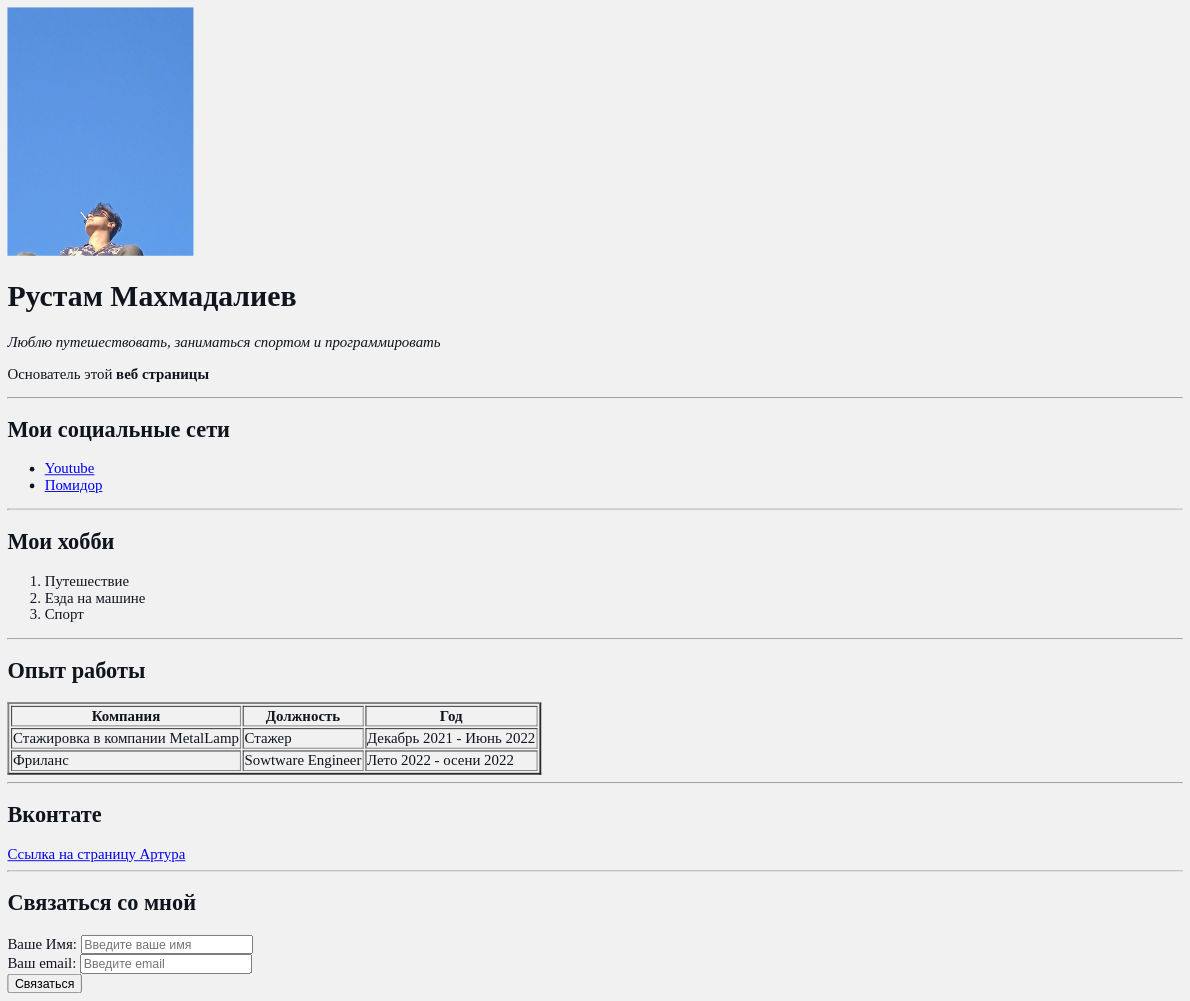
Repository: RustamMakh/html
Page: index.html
These files come from the project's save history. The page is drawn as it stood at one moment and after the next save; the edit follows.
The browser window is 1280 px wide. The pictures show the whole page, at 93% of full size.

Above is the page before, as saved 2022-06-13 20:53:37.

After the next save:
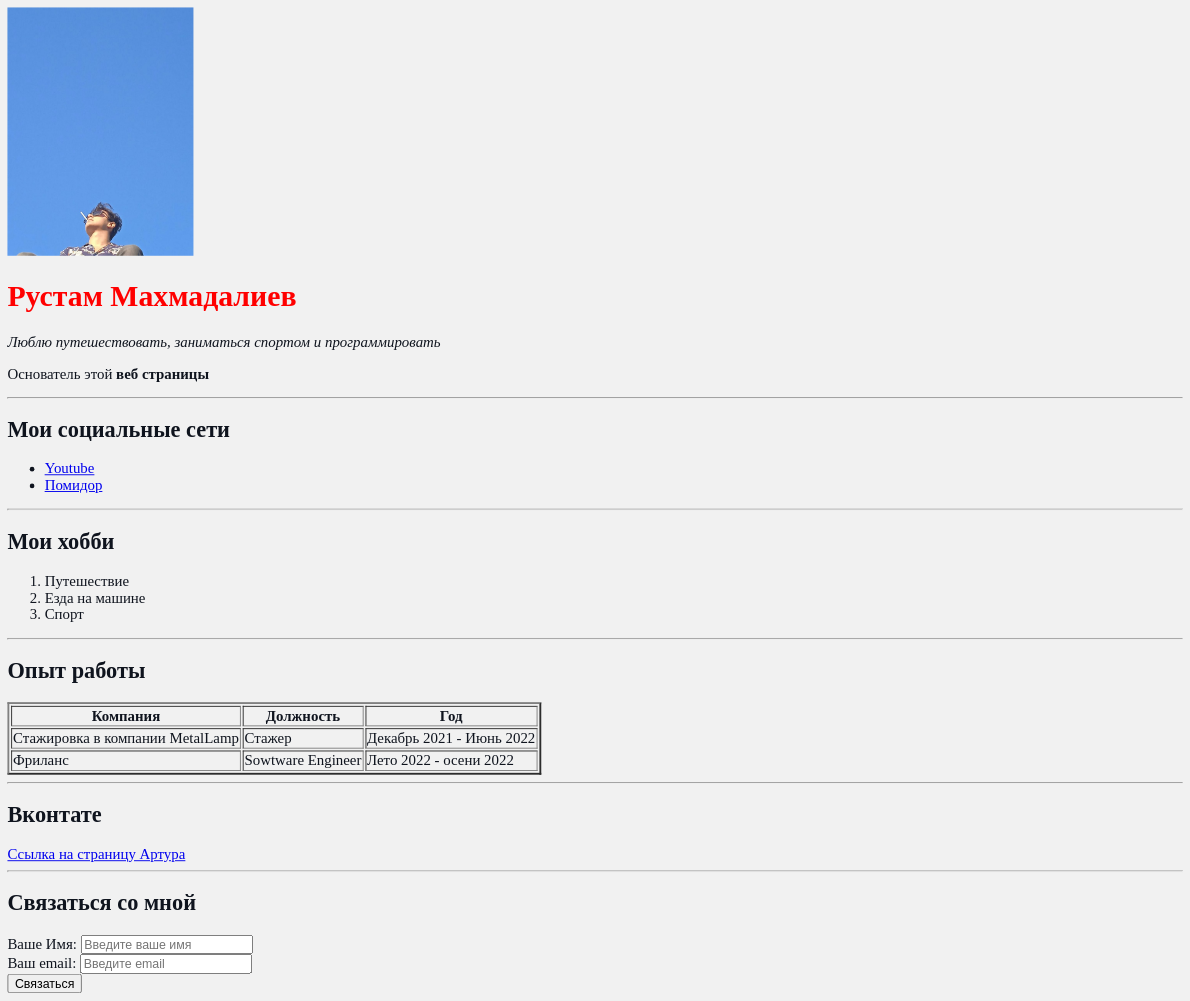
Saved 2 min 2 s later.
--- a/styles.css
+++ b/styles.css
@@ -2,3 +2,6 @@ body{
     background-color: #f1f1f1;
     color: #0f141e;
 }
+h1 {
+    color: red;
+}

After the save that followed:
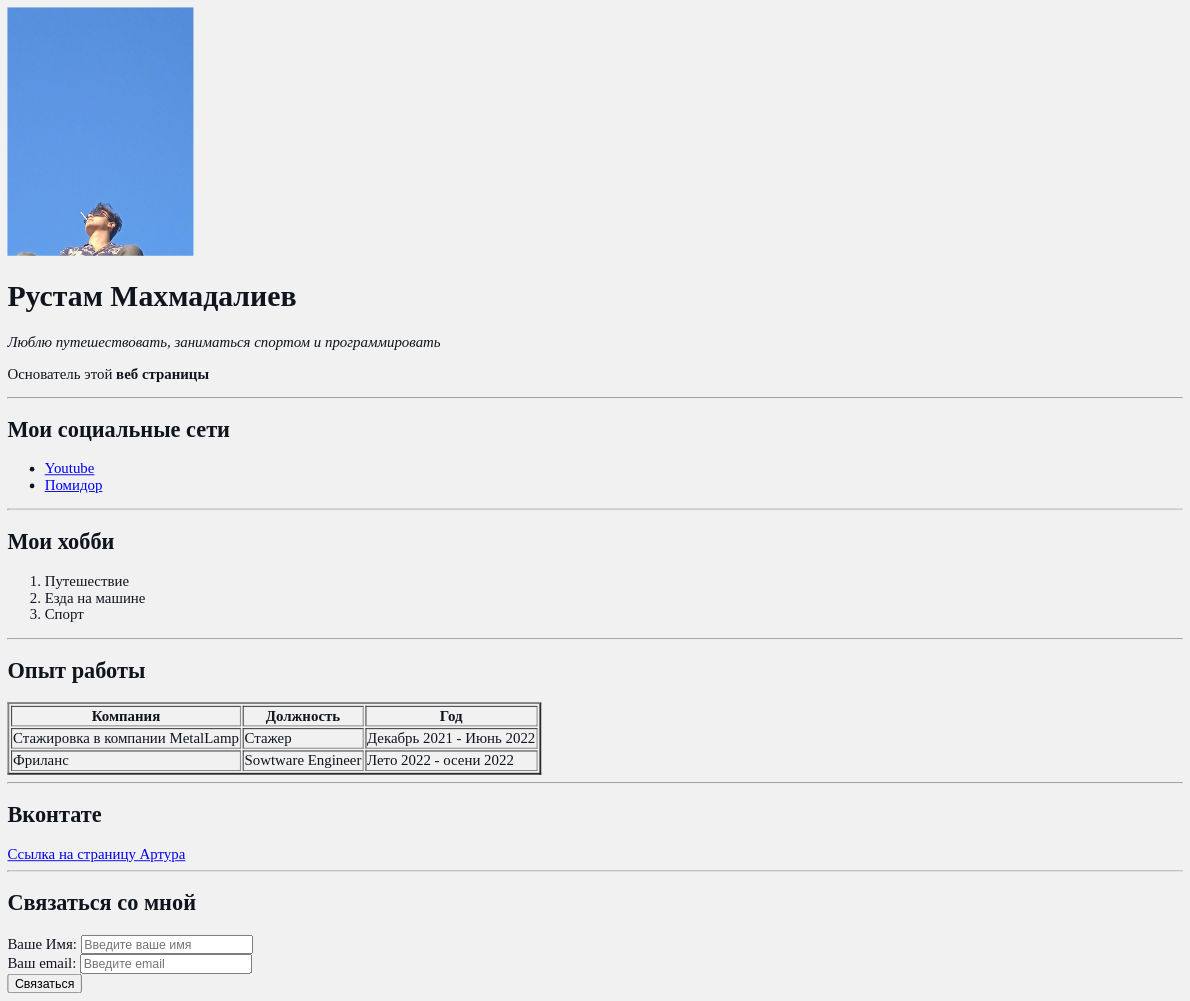
Saved 54 s later.
--- a/styles.css
+++ b/styles.css
@@ -2,6 +2,3 @@ body{
     background-color: #f1f1f1;
     color: #0f141e;
 }
-h1 {
-    color: red;
-}
